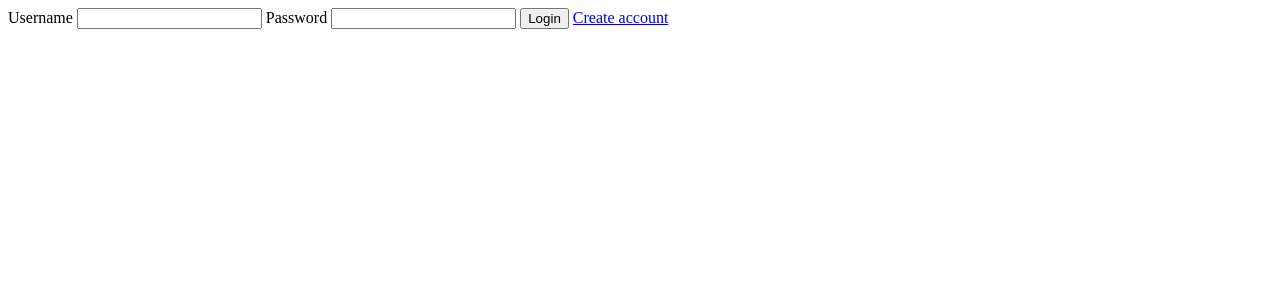
Repository: Shaft01/IS2Agency
Page: http://localhost/AgencijaWeb/login.jsp
These files come from the project's save history. The page is drawn as it stood at one moment and after the next save; the edit follows.
The browser window is 1280 px wide. The pictures show the whole page.
The page is served by Tomcat 9. Other server files are loaded and not shown.

Above is the page before, as saved 2019-06-16 09:28:48.

### IS2Projekat/AgencijaWeb/src/main/webapp/login.jsp
<%@ page language="java" contentType="text/html; charset=ISO-8859-1"
	pageEncoding="ISO-8859-1"%>
<%@ taglib prefix="c" uri="http://java.sun.com/jsp/jstl/core"%>
<%@ taglib prefix="sf" uri="http://www.springframework.org/tags/form"%>
<%@taglib prefix="s" uri="http://www.springframework.org/tags"%>

<!DOCTYPE html>
<html>
<head>
<meta charset="ISO-8859-1">
<title>Login</title>
</head>
<body>
	<c:url var="loginUrl" value="/login"/>
	<c:if test="${not empty param.error }"/>
	<label for="username">Username</label>
		<input type="text" name="username">
	<label for="password">Password</label>
		<input type="password" name="password">

		<input type="submit" value="Login">


		<a href="/Agencija/auth/register">Create account</a>
	</form>
</body>
</html>

After the next save:
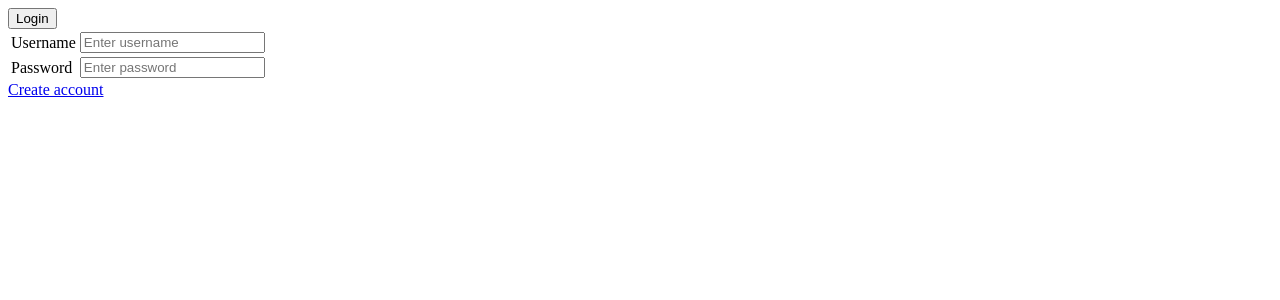
Saved 6 min 46 s later.
--- a/IS2Projekat/AgencijaWeb/src/main/webapp/login.jsp
+++ b/IS2Projekat/AgencijaWeb/src/main/webapp/login.jsp
@@ -12,14 +12,20 @@
 </head>
 <body>
 	<c:url var="loginUrl" value="/login"/>
-	<c:if test="${not empty param.error }"/>
-	<label for="username">Username</label>
-		<input type="text" name="username">
-	<label for="password">Password</label>
-		<input type="password" name="password">
+	<c:if test="${not empty param.error }">
+		<p> Invalid username and password </p>
+	</c:if>
+	<form action="${loginUrl }" method="post">
+	<table>
+		<tr>
+		<td>Username</td>
+		<td><input type="text" name="username" placeholder="Enter username" required></td>
+		</tr>
+		<td>Password</td>
+		<td><input type="password" name="password" placeholder="Enter password" required></td>
 
 		<input type="submit" value="Login">
-
+		</table>
 
 		<a href="/Agencija/auth/register">Create account</a>
 	</form>
